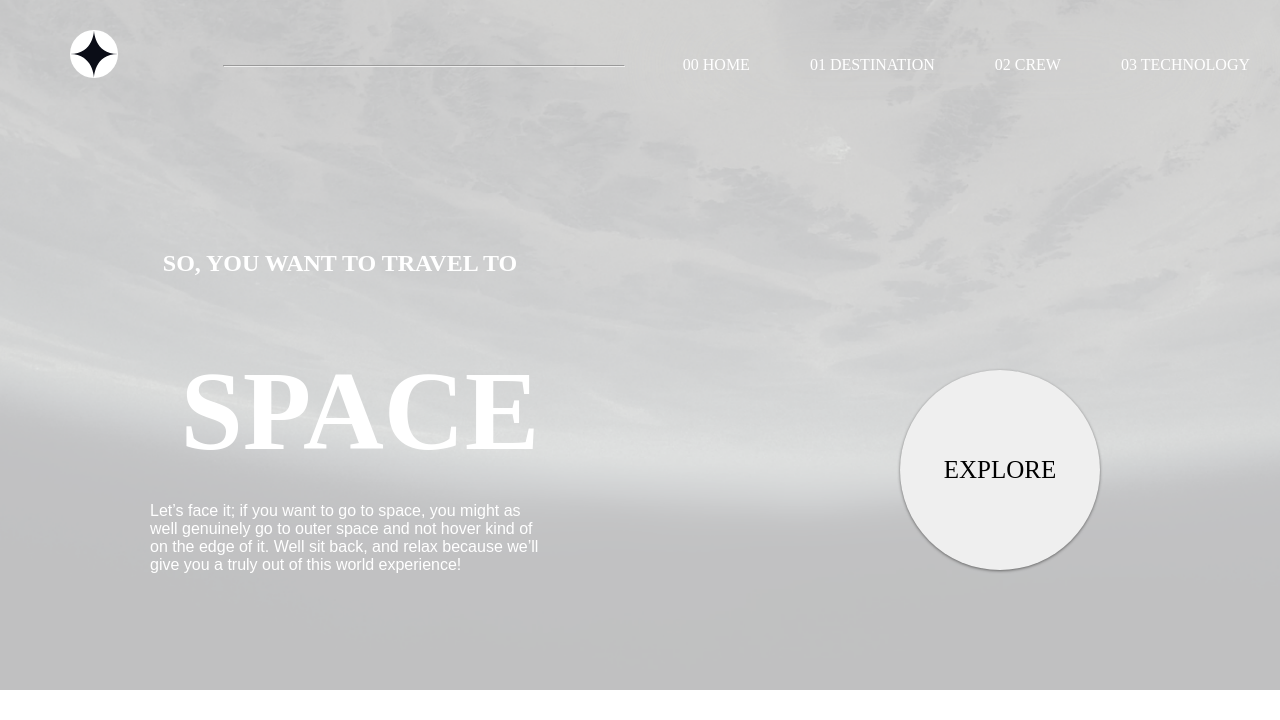
Repository: batonAnton/space_tourism
Page: crew.html
The author's editor kept a copy of each file at every save. The page is drawn from the files as they stood at one save, then again after the next save.
The browser window is 1280 px wide. The pictures show the whole page.
Some web fonts or font styles are not loaded; a fallback is used.

Above is the page before, as saved 2022-05-20 14:49:15.

### crew.html
<!DOCTYPE html>
<html lang="en">
<head>
    <meta charset="UTF-8">
    <meta http-equiv="X-UA-Compatible" content="IE=edge">
    <meta name="viewport" content="width=device-width, initial-scale=1.0">
    <title>Space Tourism</title>
    <link rel="stylesheet" href="css/style.css">
    <!-- <link rel="stylesheet" href="css/style2 .css"> -->
    <link rel="preconnect" href="https://fonts.googleapis.com">
    <link rel="preconnect" href="https://fonts.gstatic.com" crossorigin>
    <link href="https://fonts.googleapis.com/css2?family=Bellefair&family=Merriweather&display=swap" rel="stylesheet">

    <link rel="preconnect" href="https://fonts.gstatic.com" crossorigin>
    <link href="https://fonts.googleapis.com/css2?family=Bellefair&family=Merriweather&display=swap" rel="stylesheet">
    <link rel="preconnect" href="https://fonts.googleapis.com">
    <link rel="preconnect" href="https://fonts.gstatic.com" crossorigin>
    <link href="https://fonts.googleapis.com/css2?family=Barlow+Condensed:wght@300&family=Bellefair&family=Merriweather&display=swap" rel="stylesheet">
</head>
<body>

    <div id="home" class="bg">
        <div class="top-container">
            <div class="logo_img">
                <img src="/images/Icon.svg" alt="logo">

            </div>


            <div class="nav">

                <hr>
                    <ol>

                        <li><a href="/index.html">00  home</a></li>
                        <li><a href="/destination.html">01  destination</a></li>
                        <li><a href="/crew.html">02  crew</a></li>
                        <li><a href="">03  technology</a></li>

                    </ol>

            </div>
        </div>

        <div class="middle_container">

            <div class="get-info">
                <h2>so, you want to travel to</h2>
                <h1>space</h1>
                <p>Let’s face it; if you want to go to space, you might as well genuinely go to outer space and not hover kind of on the edge of it. Well sit back, and relax because we’ll give you a truly out of this world experience!</p>
            </div>

            <div class="btn_block">
                <button class="btn">explore</button>
            </div>
        </div>

    </div>
</body>
</html>

### css/style.css
body {
  /* height: 900px; */
  margin: 0;
}

.bg {
  background-image: url(/images/crew/bg.png);
  height: 100%;
  background-position: center;
  background-repeat: no-repeat;
  background-size: cover;
}

.top-container {
  /* display: inline-block; */
  padding: 30px 0px 50px 70px;
  /* width: 100%; */
}

.logo_img {
  /* width: 555px; */
  float: left;
}

hr {
  width: 400px;
  position: absolute;
  margin: 25px 0px 100px -390px;
}

.nav {
  /* width: 60%; */
  /* margin-left: 408px; */
  position: relative;
  float: right;
  clear: none;
  /* border: 1px solid #979797; */
  padding: 10px 0px 10px 0px;
  backdrop-filter: blur(85px);
  text-transform: uppercase;
}
.nav a {
  text-decoration: none;
}


li {
  color: #ffffff;
}

.nav a {
  color: #ffffff;
  font-family: "Bellefair", serif;
  /* font-family: "Merriweather", serif; */
}
a:after {
  background: none repeat scroll 0 0 transparent;
  bottom: 0;
  content: "";
  display: block;
  height: 2px;
  left: 20%;
  position: absolute;
  background: #fff;
  transition: width 0.3s ease 0s, left 0.3s ease 0s;
  width: 0;
  margin-bottom: -25px;
  text-align: center;
}
a:hover:after {
  width: 90%;
  left: 0;
}

ol {
  /* margin: 150px auto 0; */
  /* padding: 0; */
  /* list-style: none; */
  display: table;
  /* width: 600px; */
  text-align: center;
}
li {
  display: table-cell;
  position: relative;
  padding: 0px 30px;
}



li {
  /* padding: 0px 60px 0px 0px; */
  color: #ffffff;
}

.nav a {
  color: #ffffff;
  font-family: "Bellefair", serif;
  /* font-family: "Merriweather", serif; */
}

/* middle-container property */
.middle_container {
  display: inline-flex;
}

.get-info {
  margin: 130px 100px 100px 150px;
}

h1,
h2,
p {
  color: #ffffff;
}

h1,
h2 {
  text-align: center;
  width: 380px;
  text-transform: uppercase;
  font-family: "Bellefair", serif;
}

h1 {
  font-size: 7rem;
  height: 80px;
  padding-left: 20px;
  margin-top: 70px;
}

p {
  width: 400px;
  text-align: left;
  font-family: "Barlow Condensed", sans-serif;
}

.btn_block {
  /* padding: 300px 0px 0px 300px; */
  margin: 270px 0px 0px 250px;
}

.btn {
  background: ffffff;
  background-image: -webkit-linear-gradient(top, ffffff, #2980b9);
  background-image: -moz-linear-gradient(top, ffffff, #2980b9);
  background-image: -ms-linear-gradient(top, ffffff, #2980b9);
  background-image: -o-linear-gradient(top, ffffff, #2980b9);
  background-image: linear-gradient(to bottom, ffffff, #2980b9);
  -webkit-border-radius: 100;
  -moz-border-radius: 100;
  border-radius: 200px;
  -webkit-box-shadow: 0px 1px 3px #666666;
  -moz-box-shadow: 0px 1px 3px #666666;
  box-shadow: 0px 1px 3px #666666;
  font-family: "Bellefair", serif;
  /* font-family: "Merriweather", serif;
  color: #0b0d17; */
  font-size: 25px;
  padding: 45px 40px 45px 40px;
  border: solid #1f628d 0px;
  text-decoration: none;
  /* float: right; */
  height: 200px;
  width: 200px;
  text-transform: uppercase;
}

.btn:hover {
  background: #979797;
  /* background-image: -webkit-linear-gradient(top, #97979, #3498db);
  background-image: -moz-linear-gradient(top, #3cb0fd, #3498db);
  background-image: -ms-linear-gradient(top, #3cb0fd, #3498db);
  background-image: -o-linear-gradient(top, #3cb0fd, #3498db);
  background-image: linear-gradient(to bottom, #3cb0fd, #3498db); */
  text-decoration: none;
  box-shadow: -5px 20px 20px 20px#666666;
  /* border-width: 100px; */
}

After the next save:
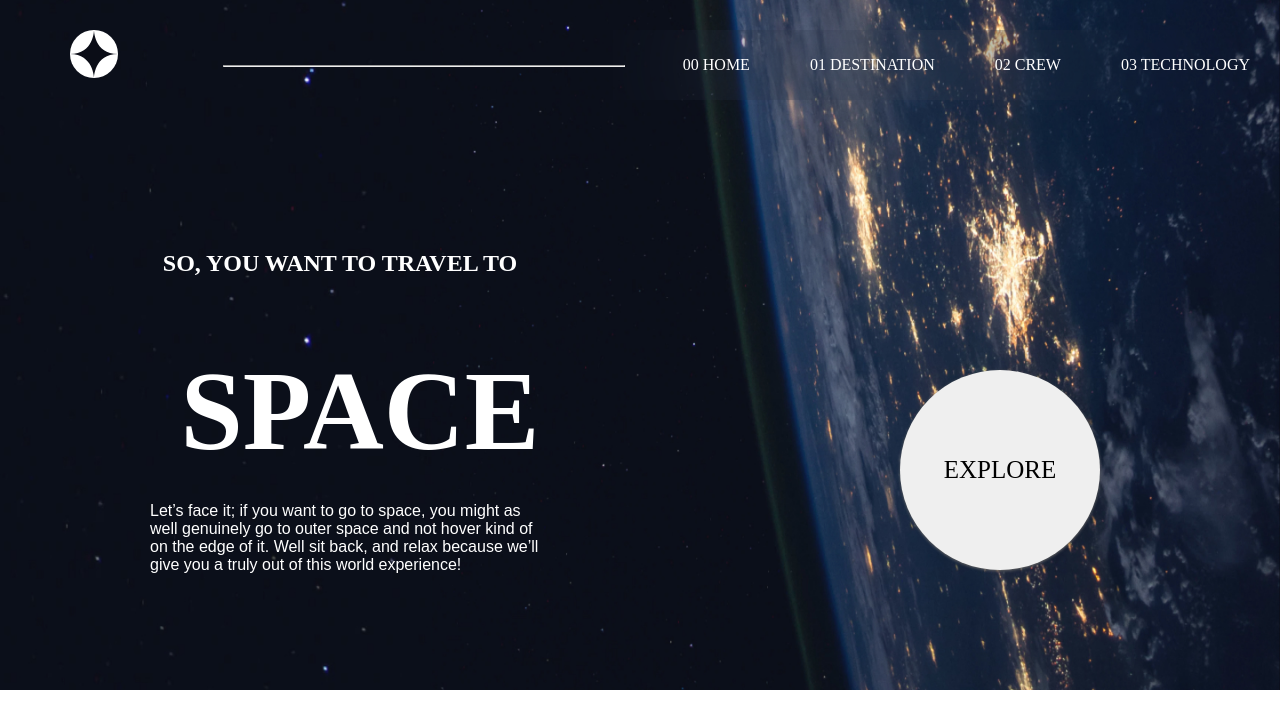
Saved 16 min 13 s later.
--- a/css/style.css
+++ b/css/style.css
@@ -4,7 +4,16 @@ body {
 }
 
 .bg {
+  background-image: url(/images/back_Bitmap.jpg);
+  height: 100%;
+  background-position: center;
+  background-repeat: no-repeat;
+  background-size: cover;
+}
+
+.bg_crew {
   background-image: url(/images/crew/bg.png);
+  background-color: #0b0d17;
   height: 100%;
   background-position: center;
   background-repeat: no-repeat;
@@ -42,7 +51,6 @@ hr {
 .nav a {
   text-decoration: none;
 }
-
 
 li {
   color: #ffffff;
@@ -85,8 +93,6 @@ li {
   position: relative;
   padding: 0px 30px;
 }
-
-
 
 li {
   /* padding: 0px 60px 0px 0px; */
